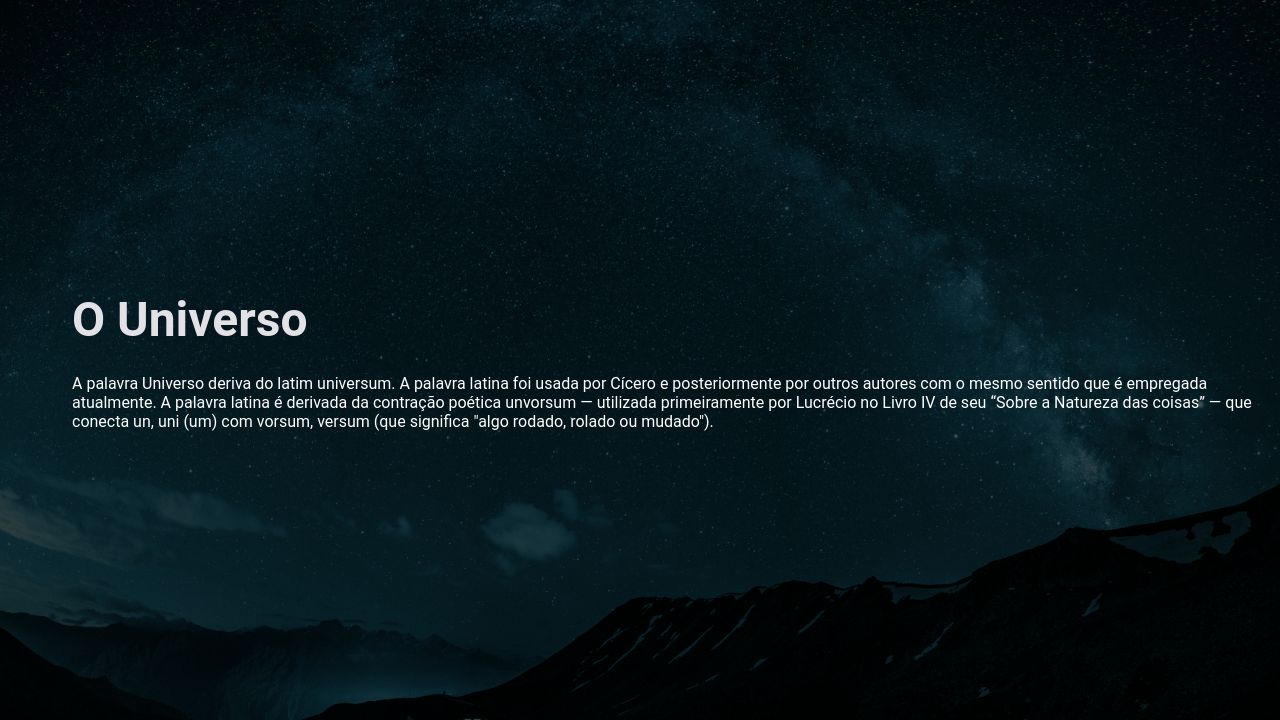
Repository: eltonneiferson/spaUniverse
Page: universe.html
An editor plug-in stored every save of this project. The page is shown before and after the next save, followed by the edit.
The browser window is 1280 px wide. The pictures show the whole page.

Above is the page before, as saved 2022-10-26 22:56:53.

### universe.html
<head>
    <link rel="stylesheet" href="index.css">
</head>

<main id="universe">
    <h1>O Universo</h1>
    <p>A palavra Universo deriva do latim universum. A palavra latina foi usada por Cícero e posteriormente por outros autores com o mesmo sentido que é empregada atualmente. A palavra latina é derivada da contração poética unvorsum — utilizada primeiramente por Lucrécio no Livro IV de seu “Sobre a Natureza das coisas” — que conecta un, uni (um) com vorsum, versum (que significa "algo rodado, rolado ou mudado").</p>
</main>

### index.css
* {
    margin: 0;
    padding: 0;
    box-sizing: border-box;
    text-decoration: none;
}

:root {
    --default-font-color: white;
    --font-color-link: #C4C4CC;
    --font-color-h1: #E1E1E6;
    --font-color-hover-button: #02799D;
    --default-font: 'Roboto', sans-serif;
}

body {
    min-height: 100vh;
    background-image: url(bkg1.png);
    background-position: bottom;
    background-size: cover;
    color: var(--default-font-color);
    font-family: var(--default-font);
    display: grid;
    place-content: center;
}

nav {
    padding: 40px 72px;
    display: flex;
    gap: 2rem;
    align-items: center;
    position: fixed;
}

nav a {
    color: var(--font-color-link);
    line-height: 1.37rem;
    font-size: 1.41rem;
}

nav a:hover {
    color: var(--default-font-color);
    font-weight: bold;
}

main {
    display: grid;
    gap: 24px;
    place-items: center;
}

main#universe {
    background-image: url(bkg2.png);
    background-size: cover;
    background-position: bottom;
    min-height: 100vh;
    padding-left: 72px;
    display: flex;
    flex-direction: column;
    align-items: flex-start;
    justify-content: center;
}

main h1 {
    color: var(--font-color-h1);
    font-size: 48px;
    line-height: 125%;
}

main button {
    cursor: pointer;
    background: none;
    border: 2px solid var(--default-font-color);
    border-radius: 5px;
    padding: 12px 32px;
    color: var(--default-font-color);
    font-family: 'Roboto';
    font-weight: 700;
    font-size: 14px;
    line-height: 24px;
}

main button:hover {
    background: var(--default-font-color);
    color: var(--font-color-hover-button);
}

After the next save:
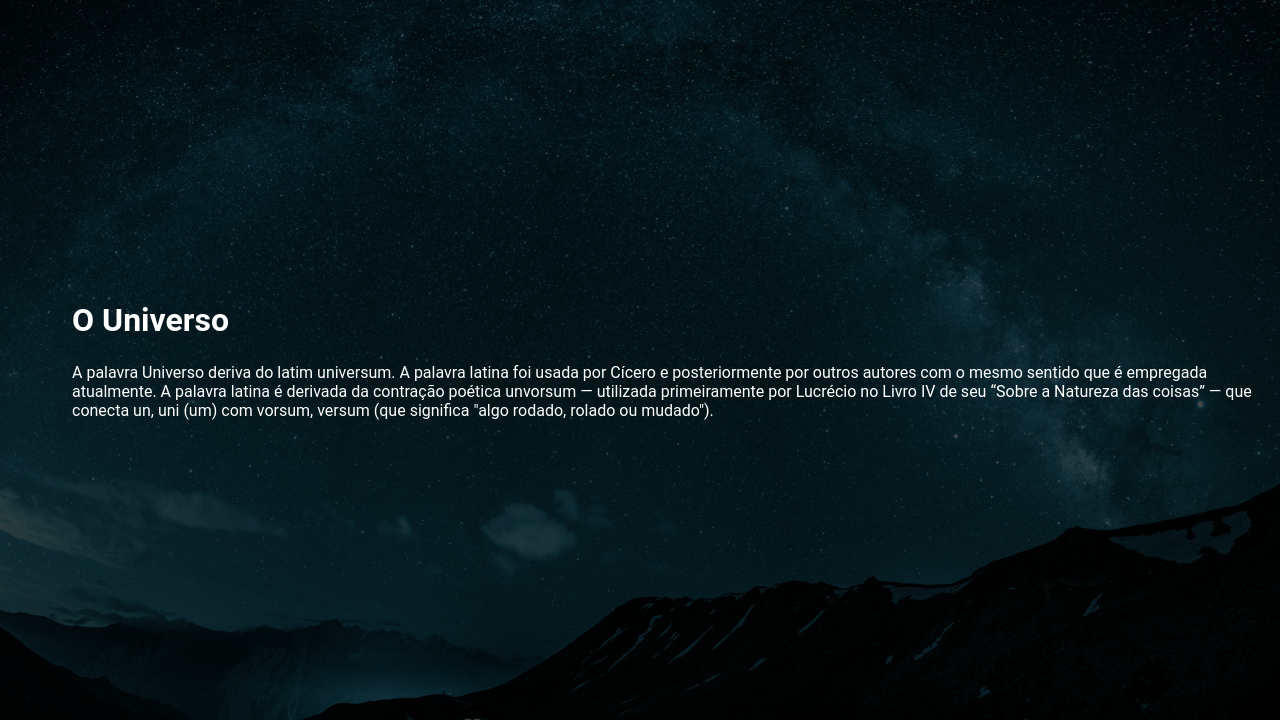
Saved 72 s later.
--- a/index.css
+++ b/index.css
@@ -61,6 +61,8 @@
     justify-content: center;
 }
 
+main
+
 main h1 {
     color: var(--font-color-h1);
     font-size: 48px;

After the 2 saves that followed:
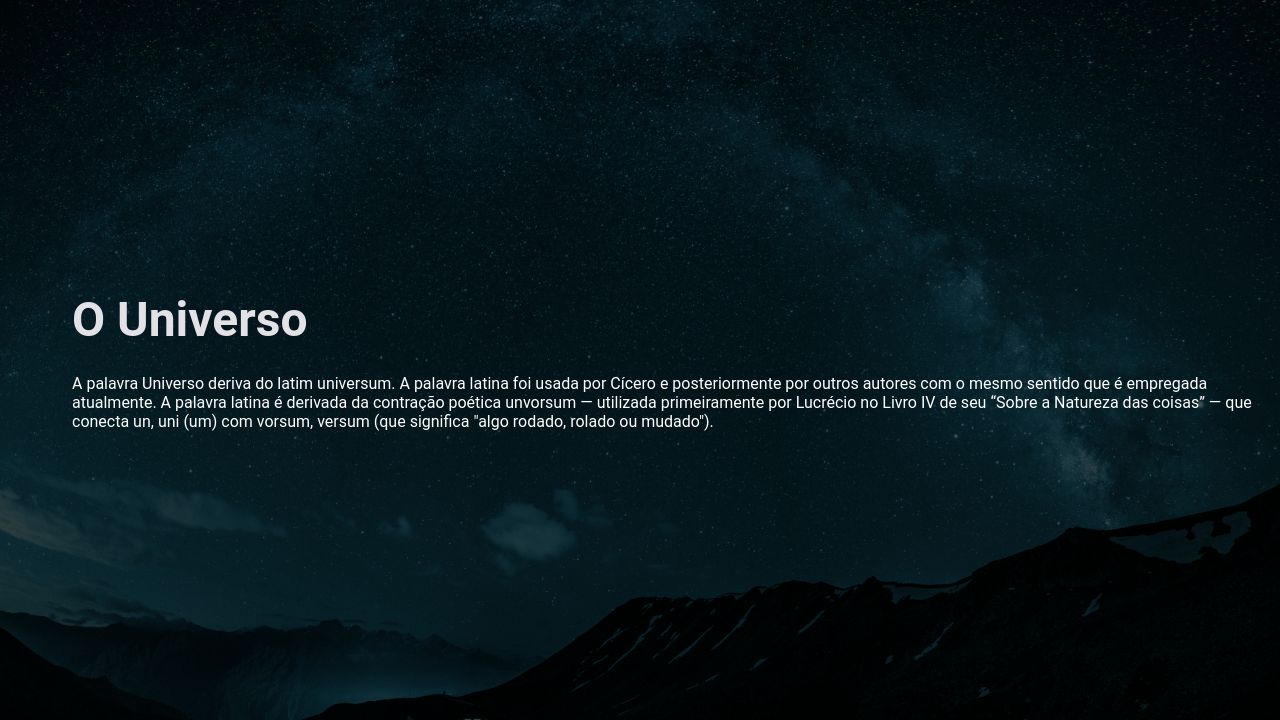
The 2 saves are shown as one change because they came seconds apart.
The last was saved 7 s later.
--- a/index.css
+++ b/index.css
@@ -61,7 +61,9 @@
     justify-content: center;
 }
 
-main
+main#universe {
+
+}
 
 main h1 {
     color: var(--font-color-h1);
